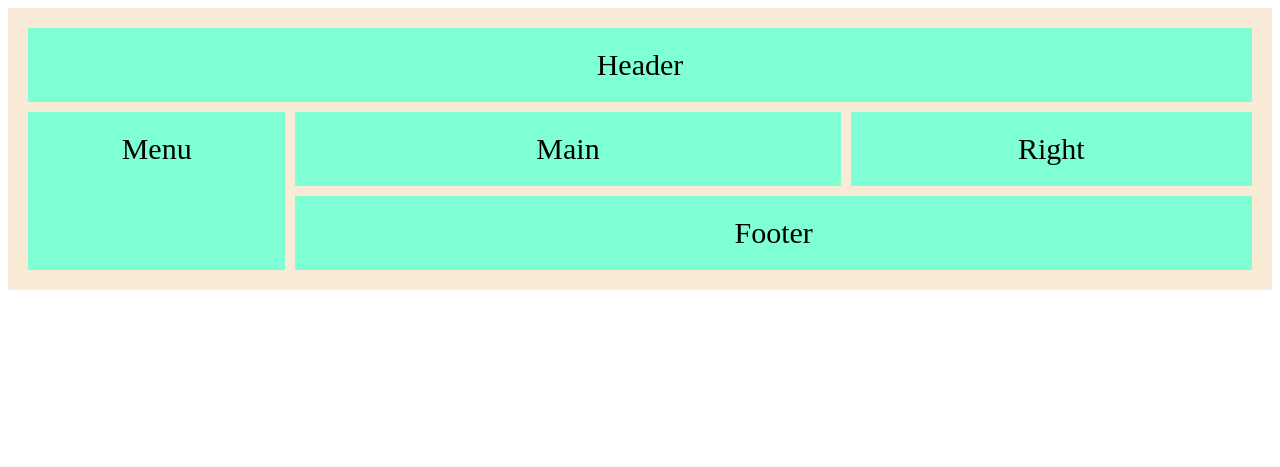
Repository: Thonghehe/Lab1_WEB106
Page: index11.html
These files come from the project's save history. The page is drawn as it stood at one moment and after a run of saves; the edit follows.
The browser window is 1280 px wide. The pictures show the whole page.

Above is the page before, as saved 2024-03-05 17:42:18.

After the next 2 saves:
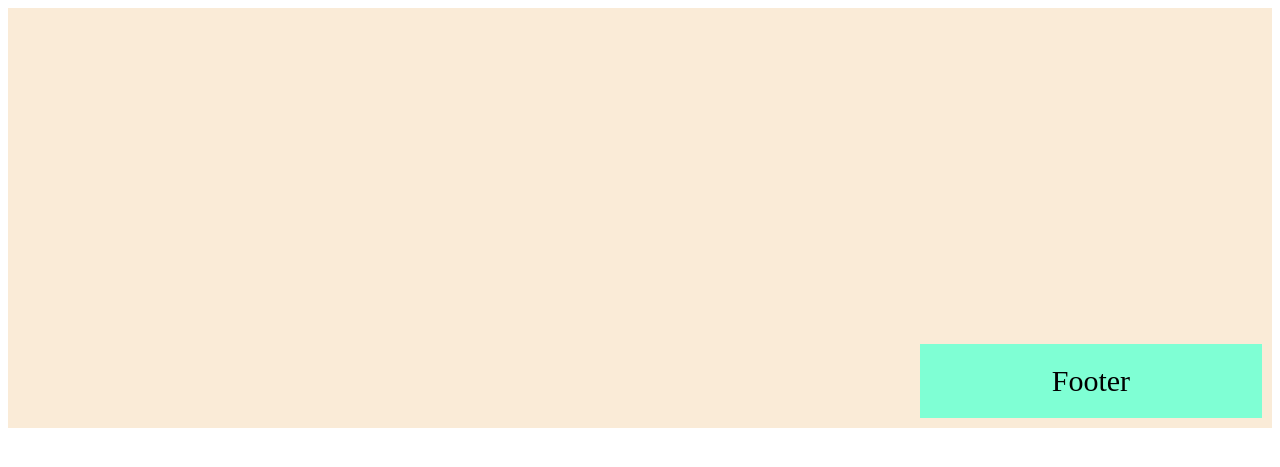
The 2 saves are shown as one change because they came seconds apart.
The last was saved 2 min 12 s later.
--- a/style.css
+++ b/style.css
@@ -20,18 +20,12 @@
 
 .grid-container {
     display: grid;
-    grid-template-areas:
-        'header header header header header header'
-        'menu main main main right right '
-        'menu footer footer footer footer footer';
+    height: 400px;
+    align-items: end;
+    grid-template-columns: auto auto auto;
     gap: 10px;
-    padding: 20px;
     background-color: antiquewhite;
-    /* grid-template-columns: 200px 200px 200px 200px;
-    grid-template-rows: 300px 300px; */
-    /* justify-content: center; */
-    align-content: center;
-
+    padding: 10px;
 }
 
 .grid-container>div {
